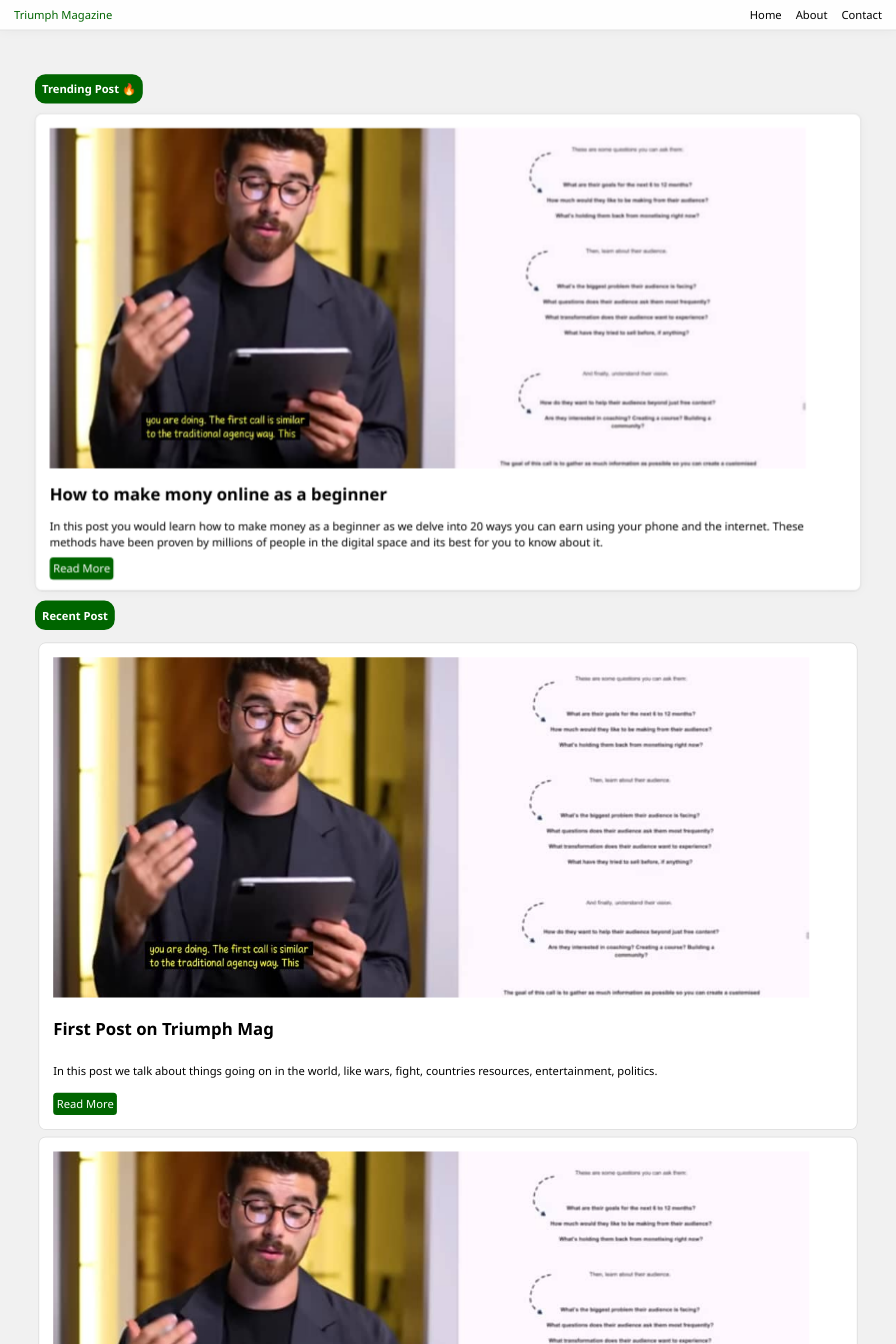
Repository: zikcolle/Triumph-Blog
Page: index.html
These files come from the project's save history. The page is drawn as it stood at one moment and after a run of saves; the edit follows.
The browser window is 1280 px wide. The pictures show the part of the page from y = 0 to 1920 px (the page is 5455 px tall before and 5463 px after), at 70% of full size.

Above is the page before, as saved 2026-06-22 09:45:05.

### index.html
<!DOCTYPE html>
<html lang="en">

<head>
    <meta charset="UTF-8">
    <meta name="viewport" content="width=device-width, initial-scale=1.0">
    <title>Triumph Magazine</title>
    <link rel="stylesheet" href="styles.css">
</head>

<body>
    <header>
        <nav>
            <div class="logo">Triumph Magazine</div>
            <div class="hamburger" onclick="toggleMenu()">
                <svg width="30" height="30">
                    <line x1="3" y1="5" x2="27" y2="5" stroke="black" stroke-width="3" />
                    <line x1="3" y1="15" x2="27" y2="15" stroke="black" stroke-width="3" />
                    <line x1="3" y1="25" x2="27" y2="25" stroke="black" stroke-width="3" />
                </svg>


            </div>
            <ul id="nav-links">
                <li><a href="#">Home</a></li>
                <li><a href="/about-us">About</a></li>
                <li><a href="/contact-us">Contact</a></li>
            </ul>
        </nav>
    </header>


    <main>
        <section>
            <div>
                <h2 class="label-post">Trending Post 🔥</h2>
            </div>
            <div class="feat-post">
                <img src="simage\postiman.jpeg">
                <h1>How to make mony online as a beginner</h1>
                <p>In this post you would learn how to make money as a beginner as we delve into 20 ways you can earn
                    using your phone and the internet. These methods have been proven by millions of people in the
                    digital space and its best for you to know about it.</p>
                <a href="#" class="read-more">Read More</a>
            </div>
        </section>

        <section>
            <div>
                <h2 class="label-post" id="post-label">Recent Post</h2>
            </div>

            <div class="post-grid">
                <div class="blog-post">
                    <img src="simage\postiman.jpeg">
                    <h1>First Post on Triumph Mag</h1>
                    <p>In this post we talk about things going on in the world, like wars, fight, countries resources,
                        entertainment, politics.</p>
                    <a href="#" class="read-more">Read More</a>
                </div>

                <div class="blog-post">
                    <img src="simage\postiman.jpeg">
                    <h1>Second Post on Triumph Mag</h1>
                    <p>In this post we talk about things going on in the world, like wars, fight, countries resources,
                        entertainment, politics.</p>
                    <a href="#" class="read-more">Read More</a>
                </div>

                <div class="blog-post">
                    <img src="simage\postiman.jpeg">
                    <h1>Third Post on Triumph Mag</h1>
                    <p>In this post we talk about things going on in the world, like wars, fight, countries resources,
                        entertainment, politics.</p>
                    <a href="#" class="read-more">Read More</a>
                </div>

                <div class="blog-post">
                    <img src="simage\postiman.jpeg">
                    <h1>Fourth Post on Triumph Mag</h1>
                    <p>In this post we talk about things going on in the world, like wars, fight, countries resources,
                        entertainment, politics.</p>
                    <a href="#" class="read-more">Read More</a>
                </div>

                <div class="blog-post">
                    <img src="simage\postiman.jpeg">
                    <h1>Fifth Post on Triumph Mag</h1>
                    <p>In this post we talk about things going on in the world, like wars, fight, countries resources,
                        entertainment, politics.</p>
                    <a href="#" class="read-more">Read More</a>
                </div>

                <div class="blog-post">
                    <img src="simage\postiman.jpeg">
                    <h1>Sixth Post on Triumph Mag</h1>
                    <p>In this post we talk about things going on in the world, like wars, fight, countries resources,
                        entertainment, politics.</p>
                    <a href="#" class="read-more">Read More</a>
                </div>

            </div>
        </section>
        <a href="/blog" class="view-more">View More Posts</a>
        <section>
            <h2 class="label-post">Related Posts</h2>
            <div class="rel-post">
                <img src="simage\postiman.jpeg">
                <p><a href="/blog">Sixth Post on Triumph Mag</a></p>
            </div>
        </section>
    </main>

    <footer>
        <h2>Triumph Magazine</h2>
        <p>© 2026 Triumph Magazine. All rights reserved.</p>
    </footer>

</body>

</html>

<script>
    function toggleMenu() {
        document.getElementById('nav-links').classList.toggle('active');
    }
</script>

### styles.css
body {
    background-color: rgb(241, 241, 241);
    color: rgb(0, 0, 0);
    font-family:'Segoe UI', Tahoma, Geneva, Verdana, sans-serif;
    padding: 0;
    margin: 0;

}

header {
    background-color: rgba(255,255,255,0.92);
    padding: 10px 20px;
    border-bottom: 1px solid rgba(0, 0, 0, 0.108);
    backdrop-filter: blur(20px) saturate(180%);
    -webkit-backdrop-filter: blur(20px) saturate(180%);
    box-shadow: 0 1px 0 rgba(0,0,0,0.04), 0 2px 16px rgba(0,0,0,0.04);
    color: rgb(0, 101, 0);
    width: 100%;
    box-sizing: border-box;
}

nav {
    display: flex;
    justify-content: space-between;
    align-items: center;
}

nav ul {
    list-style: none;
    display: flex;
    gap: 20px;
    margin: 0;
    padding: 0;
}

nav ul li a {
    text-decoration: none;
    color: rgb(0, 0, 0);
}

nav a:hover {
    color: rgb(0, 101, 0);
    text-decoration: underline;
}

@media (max-width: 768px) {
    nav ul {
        display: none;
        flex-direction: column;
        position: absolute;
        top: 60px;
        right: 0;
        background: rgb(255, 255, 255);
        width: 100%;
        text-align: center;
        padding: 20px;
        box-shadow: 0 2px 5px rgba(0, 0, 0, 0.1);
    }

    nav ul.active {
        display: flex !important;
    }

    nav ul li {
        margin: 10px 0;
    }

    .hamburger {
        display: block;
        cursor: pointer;
    }
}

.hamburger {
    display: none;
    font-size: 24px;
}

main {
    padding: 50px;
}

img, svg, video, canvas, iframe {
  max-width: 100%;
  height: auto;
  display: block;
}

.label-post {
    background-color: rgb(0, 101, 0);
    color: rgb(255, 255, 255);
    max-width: fit-content;
    padding: 10px;
    border-radius: 15px;
    font-size: 1rem;
}

.feat-post {
    background-color: rgb(255, 255, 255);
    border: 1px solid rgba(0, 0, 0, 0.129);
    max-width: 100%;
    height: auto;
    align-items: center;
    display: block;
    border-radius: 10px;
    backdrop-filter: blur(20px) saturate(180%);
    -webkit-backdrop-filter: blur(20px) saturate(180%);
    box-shadow: 0 1px 0 rgba(0,0,0,0.04), 0 2px 16px rgba(0,0,0,0.04);
    padding: 20px;
    image-rendering: auto;
    justify-content: center;
}

.read-more {
    background-color: rgb(0, 101, 0);
    color: rgb(255, 255, 255);
    text-decoration: none;
    max-width: fit-content;
    padding: 5px;
    border-radius: 5px;
}

.post-grid {
    display: grid;
    grid-template-columns: repeat(auto-fit, minmax(600px, 1fr));
}

.blog-post {
    background-color: rgb(255, 255, 255);
    border: 1px solid rgba(0, 0, 0, 0.129);
    border-radius: 10px;
    padding: 20px;
    margin: 5px;
    line-height: 2;
}

.view-more {
    background-color: rgb(0, 101, 0);
    color: rgb(255, 255, 255);
    text-decoration: none;
    padding: 20px;
    margin: 10px;
    padding-top: 0;
    padding-bottom: 0;
}

.rel-post {
   display: flex;
   align-items: center;
   gap: 20px;
}

/*.rel-post img {
    max-width: 300px;
    height: auto;
    aspect-ratio: 16 / 9;
}*/

.rel-post img {
    width: 100px;
    aspect-ratio: 16 / 9;
    object-fit: cover;
}

After the next 3 saves:
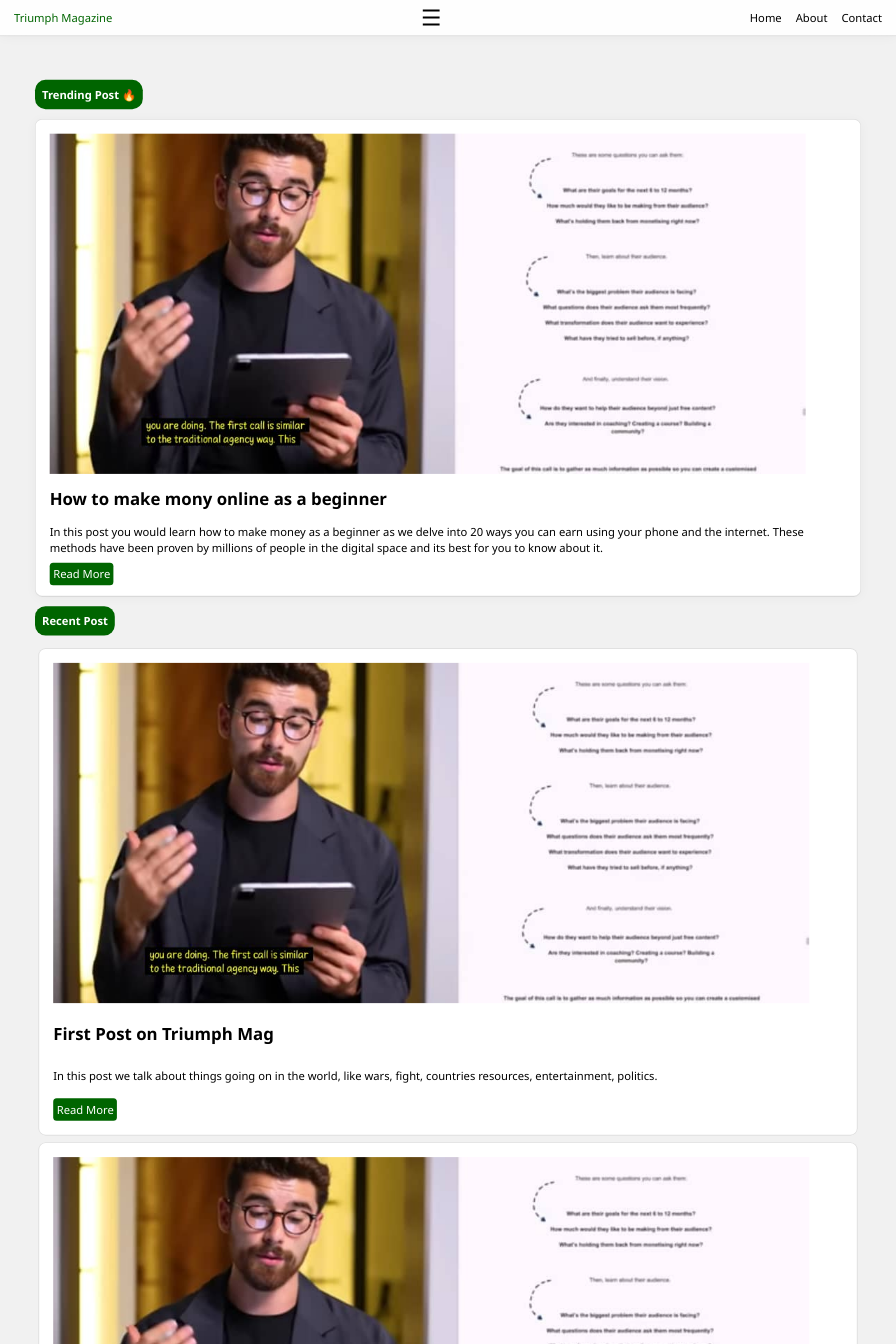
The 3 saves are shown as one change because they came seconds apart.
The last was saved 6 s later.
--- a/styles.css
+++ b/styles.css
@@ -69,11 +69,6 @@ nav a:hover {
         display: block;
         cursor: pointer;
     }
-}
-
-.hamburger {
-    display: none;
-    font-size: 24px;
 }
 
 main {

After the 2 saves that followed:
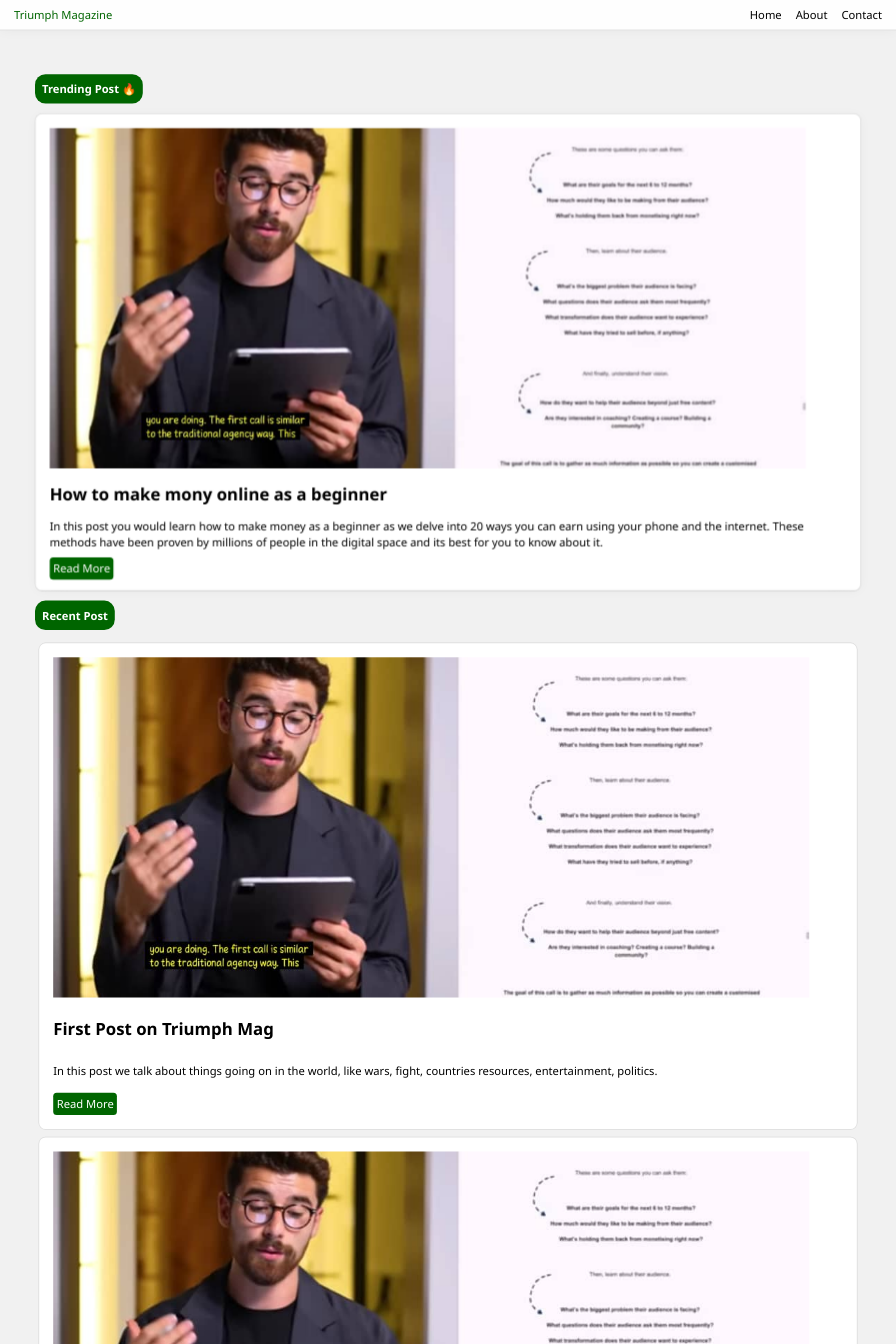
The 2 saves are shown as one change because they came seconds apart.
The last was saved 10 s later.
--- a/styles.css
+++ b/styles.css
@@ -41,6 +41,11 @@ nav ul li a {
 nav a:hover {
     color: rgb(0, 101, 0);
     text-decoration: underline;
+}
+
+.hamburger {
+    display: none;
+    font-size: 24px;
 }
 
 @media (max-width: 768px) {
